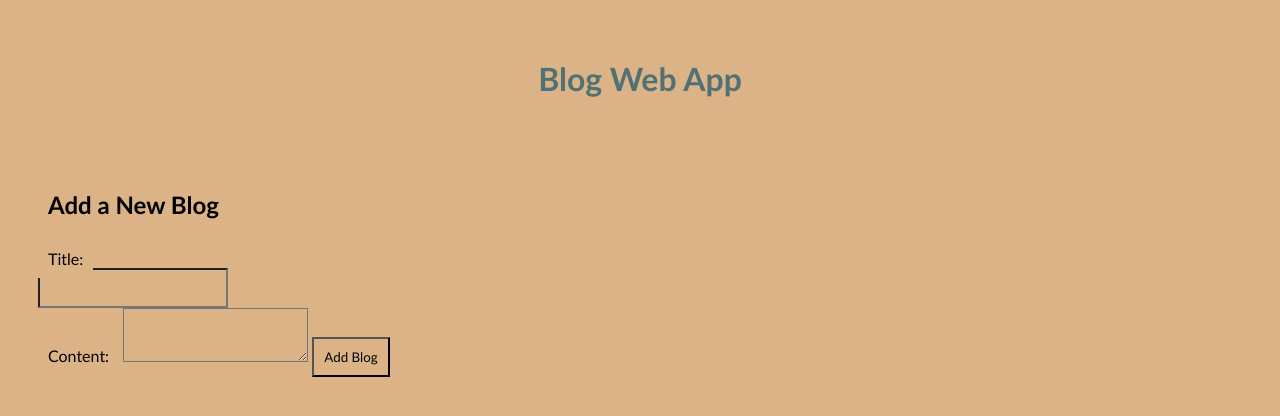
Repository: punitbathija/Placement-Assitance-iNeuron
Page: blogApp/index.html
An editor plug-in stored every save of this project. The page is shown before and after the next save, followed by the edit.
The browser window is 1280 px wide. The pictures show the whole page.
The page's requests for data from a server got no answer.

Above is the page before, as saved 2023-05-31 16:04:53.
Console error: TypeError: Cannot read properties of null (reading 'addEventListener')

### blogApp/index.html
<!DOCTYPE html>
<html>
  <head>
    <title>Blog Web App</title>
    <link rel="stylesheet" type="text/css" href="style.css" />
  </head>
  <body>
    <h1>Blog Web App</h1>
    <div id="blogContainer"></div>

    <form id="addBlogForm">
      <h2>Add a New Blog</h2>
      <label for="title">Title:</label>
      <input type="text" id="title" required />
      <label for="body">Content:</label>
      <textarea id="body" required></textarea>
      <button type="submit">Add Blog</button>
    </form>

    <script src="logic.js"></script>
  </body>
</html>

### blogApp/style.css
* {
    background-color: #dcb387;
    font-family: "Trebuchet MS", "Lucida Sans Unicode", "Lucida Grande",
      "Lucida Sans", Arial, sans-serif;
    padding: 10px;
  }

  h1 {
    color: #517174;
    display: flex;
    justify-content: center;
    align-items: center;
  }
  .form {
    color: #517174;
    display: flex;
    border: 1px solid black;
    justify-content: center;
    align-items: center;
    height: 450px;
    width: 350px;
  }
  .card {
    border: 2px solid black;
    height: 200px;
    width: 200px;
    background-color: #ef5d58;
    gap: 30px;
  }

  .container {
    display: flex;
    flex-wrap: wrap;
  }

  .text {
    flex-wrap: wrap;
    display: flex;
    height: 200px;
    width: 265px;
    font-size: large;
  }
  #title,
  #author,
  #numberOfPages,
  #hr,
  #submit {
    display: flex;
  }
  #submit {
    margin-top: 15px;
  }

  .add {
    display: flex;
    justify-content: center;
    align-items: center;
    text-align: center;
    margin: auto;
  }

### blogApp/logic.js
let add = document.querySelector("#add");
let form = document.querySelector("#form");
let submit = document.querySelector("#submit");
let container = document.querySelector("#container");

let myBlog = [];

let results = fetch("https://jsonplaceholder.typicode.com/posts")
  .then((res) => res.json())
  .then((blogs) => {
    console.log(blogs);
  });

function displayBooks() {
  let card;
  let text;
  let remove;
  let blog = myBlog;

  for (let i = 0; i < myBooks.length; i++) {
    blog = [];
    card = document.createElement("div");
    card.classList.add("card");
    container.appendChild(card);

    text = document.createElement("div");
    card.classList.add("text");
    card.appendChild(text);
    text.innerText = `Title :   ${title.value}
                          Author : ${author.value}
                          Pages :  ${numberOfPages.value}
                          Read :${read.value} `;

    remove = document.createElement("div");
    remove.classList.add("remove");
    card.append(remove);
    remove.innerText = "❌";
  }

  // this will remove the books when the remove is triggered

  remove = document.querySelectorAll(".remove");

  for (let i = 0; i < remove.length; i++) {
    remove[i].dataset.num = i;
  }

  remove.forEach((tile) => {
    tile.addEventListener("click", (e) => {
      con.removeChild(card);
      // let index = remove.dataset.num;
      // myBooks.splice(index, 1);
    });
  });
}

submit.addEventListener("click", addBook);
add.addEventListener("click", () => {
  form.style.visibility = "visible";
});

After the next save:
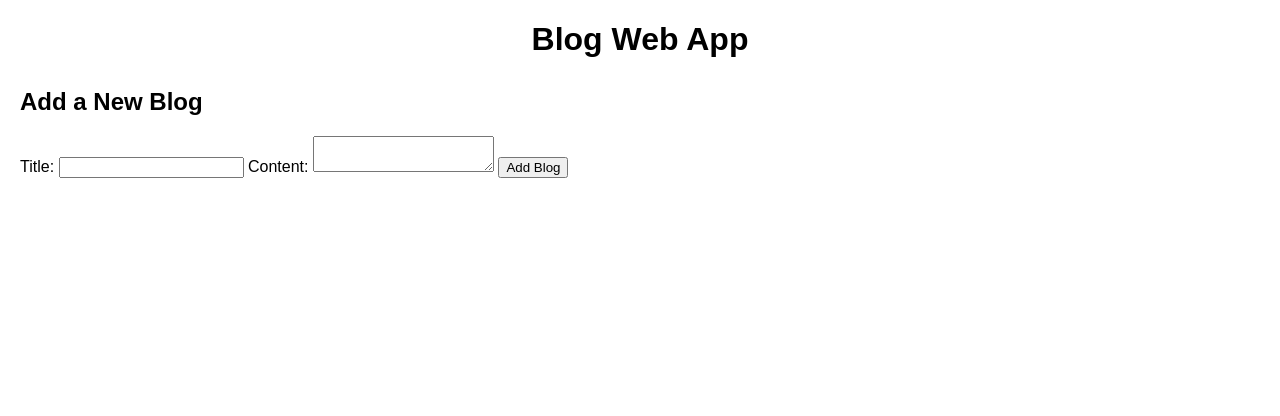
Saved 18 s later.
--- a/blogApp/style.css
+++ b/blogApp/style.css
@@ -1,60 +1,35 @@
-* {
-    background-color: #dcb387;
-    font-family: "Trebuchet MS", "Lucida Sans Unicode", "Lucida Grande",
-      "Lucida Sans", Arial, sans-serif;
+body {
+    font-family: Arial, sans-serif;
+    margin: 20px;
+}
+
+h1 {
+    text-align: center;
+}
+
+h2 {
+    margin-top: 20px;
+}
+
+#blogContainer {
+    margin-top: 30px;
+}
+
+.blog {
+    border: 1px solid #ccc;
+    border-radius: 5px;
     padding: 10px;
-  }
+    margin-bottom: 10px;
+}
 
-  h1 {
-    color: #517174;
-    display: flex;
-    justify-content: center;
-    align-items: center;
-  }
-  .form {
-    color: #517174;
-    display: flex;
-    border: 1px solid black;
-    justify-content: center;
-    align-items: center;
-    height: 450px;
-    width: 350px;
-  }
-  .card {
-    border: 2px solid black;
-    height: 200px;
-    width: 200px;
-    background-color: #ef5d58;
-    gap: 30px;
-  }
+.blog h3 {
+    margin-top: 0;
+}
 
-  .container {
-    display: flex;
-    flex-wrap: wrap;
-  }
+.blog p {
+    margin-bottom: 0;
+}
 
-  .text {
-    flex-wrap: wrap;
-    display: flex;
-    height: 200px;
-    width: 265px;
-    font-size: large;
-  }
-  #title,
-  #author,
-  #numberOfPages,
-  #hr,
-  #submit {
-    display: flex;
-  }
-  #submit {
-    margin-top: 15px;
-  }
-
-  .add {
-    display: flex;
-    justify-content: center;
-    align-items: center;
-    text-align: center;
-    margin: auto;
-  }
+#addBlogForm {
+    margin-top: 30px;
+}

After the 3 saves that followed:
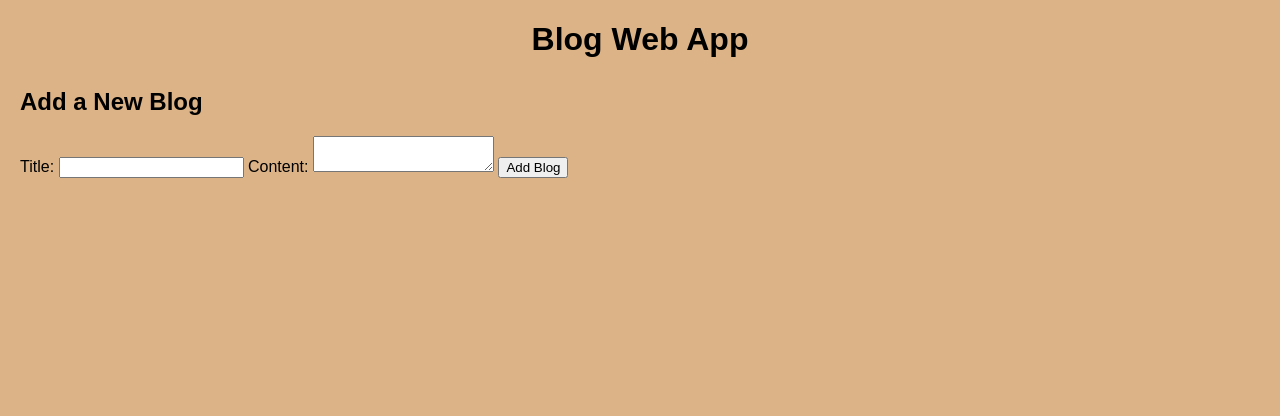
The error is gone.
The 3 saves are shown as one change because 2 left the picture as it was.
The last was saved 3 min 47 s later.
--- a/blogApp/style.css
+++ b/blogApp/style.css
@@ -1,6 +1,8 @@
 body {
     font-family: Arial, sans-serif;
     margin: 20px;
+  background-color: #dcb387;
+
 }
 
 h1 {
@@ -12,6 +14,7 @@ h2 {
 }
 
 #blogContainer {
+
     margin-top: 30px;
 }
 
--- a/blogApp/logic.js
+++ b/blogApp/logic.js
@@ -1,60 +1,61 @@
-let add = document.querySelector("#add");
-let form = document.querySelector("#form");
-let submit = document.querySelector("#submit");
-let container = document.querySelector("#container");
+const blogContainer = document.getElementById("blogContainer");
+const addBlogForm = document.getElementById("addBlogForm");
 
-let myBlog = [];
-
-let results = fetch("https://jsonplaceholder.typicode.com/posts")
-  .then((res) => res.json())
-  .then((blogs) => {
-    console.log(blogs);
+// Fetch data from API and display in UI
+fetch("https://jsonplaceholder.typicode.com/posts")
+  .then((response) => response.json())
+  .then((data) => {
+    data.forEach((post) => {
+      createBlogPost(post);
+    });
   });
 
-function displayBooks() {
-  let card;
-  let text;
-  let remove;
-  let blog = myBlog;
+// Create a new blog post
+function createBlogPost(post) {
+  const blogDiv = document.createElement("div");
+  blogDiv.classList.add("blog");
 
-  for (let i = 0; i < myBooks.length; i++) {
-    blog = [];
-    card = document.createElement("div");
-    card.classList.add("card");
-    container.appendChild(card);
+  const title = document.createElement("h3");
+  title.innerText = post.title;
 
-    text = document.createElement("div");
-    card.classList.add("text");
-    card.appendChild(text);
-    text.innerText = `Title :   ${title.value}
-                          Author : ${author.value}
-                          Pages :  ${numberOfPages.value}
-                          Read :${read.value} `;
+  const body = document.createElement("p");
+  body.innerText = post.body;
 
-    remove = document.createElement("div");
-    remove.classList.add("remove");
-    card.append(remove);
-    remove.innerText = "❌";
-  }
+  const deleteBtn = document.createElement("button");
+  deleteBtn.innerText = "Delete";
+  deleteBtn.addEventListener("click", () => {
+    deleteBlogPost(post.id);
+  });
 
-  // this will remove the books when the remove is triggered
+  blogDiv.appendChild(title);
+  blogDiv.appendChild(body);
+  blogDiv.appendChild(deleteBtn);
 
-  remove = document.querySelectorAll(".remove");
-
-  for (let i = 0; i < remove.length; i++) {
-    remove[i].dataset.num = i;
-  }
-
-  remove.forEach((tile) => {
-    tile.addEventListener("click", (e) => {
-      con.removeChild(card);
-      // let index = remove.dataset.num;
-      // myBooks.splice(index, 1);
-    });
-  });
+  blogContainer.appendChild(blogDiv);
 }
 
-submit.addEventListener("click", addBook);
-add.addEventListener("click", () => {
-  form.style.visibility = "visible";
+// Add event listener to the form submission
+addBlogForm.addEventListener("submit", (e) => {
+  e.preventDefault();
+
+  const titleInput = document.getElementById("title");
+  const bodyInput = document.getElementById("body");
+
+  const newPost = {
+    title: titleInput.value,
+    body: bodyInput.value,
+  };
+
+  createBlogPost(newPost);
+
+  titleInput.value = "";
+  bodyInput.value = "";
 });
+
+// Delete a blog post
+function deleteBlogPost(id) {
+  const postDiv = document.getElementById(id);
+  if (postDiv) {
+    postDiv.remove();
+  }
+}
